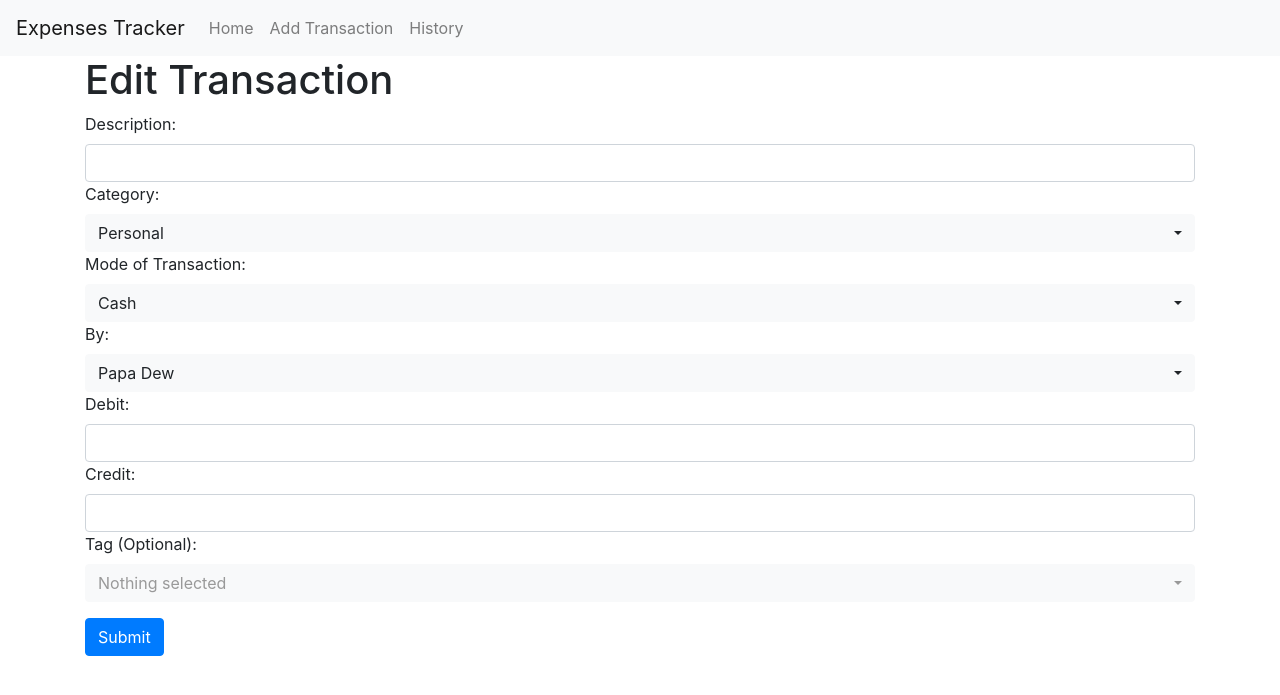
Repository: yucheng91/CI3-expenses-manager
Page: http://localhost/view-all/edit/1
The author's editor kept a record of every edit. The page is drawn from the files as they stood at one moment, then again after the next edit.
The browser window is 1280 px wide. The pictures show the whole page.
The page is served by the project's application, run on Flask 3 (app.py). The database holds what the project's SQL file puts in it.

Above is the page before.

After the next edit:
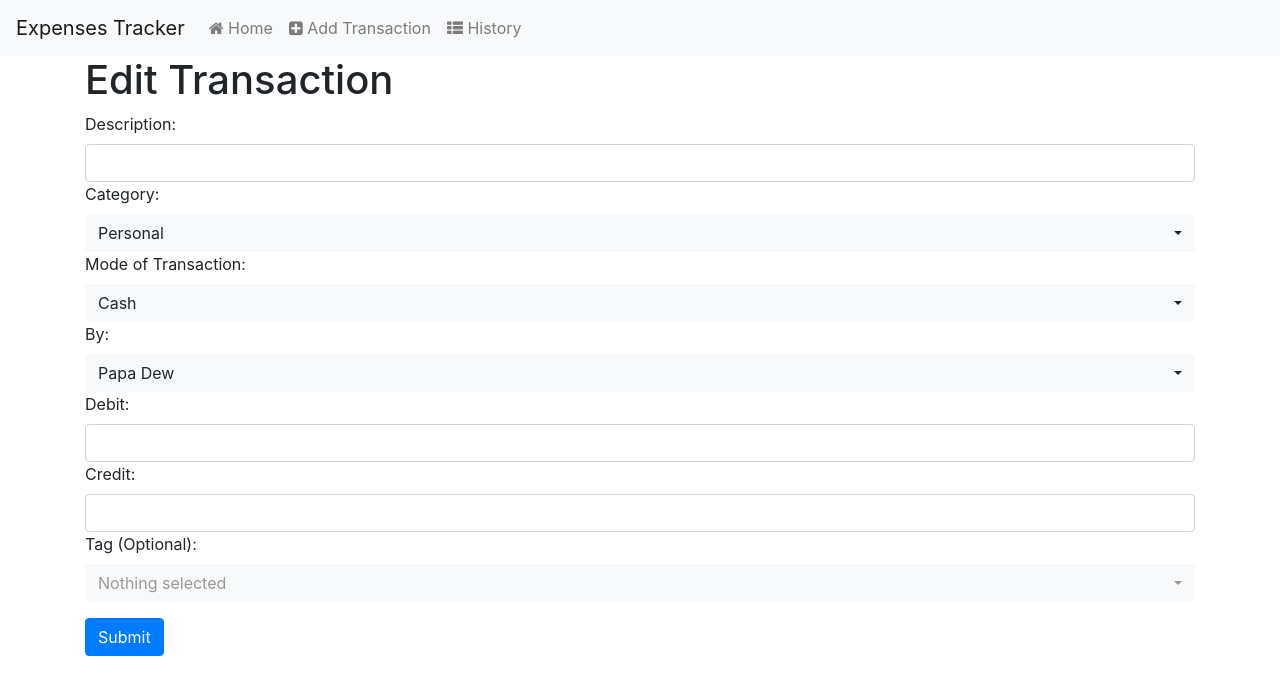
The edit:
--- a/templates/edit_transaction.html
+++ b/templates/edit_transaction.html
@@ -9,6 +9,7 @@
   <!-- Bootstrap CSS -->
   <link rel="stylesheet" href="https://stackpath.bootstrapcdn.com/bootstrap/4.3.1/css/bootstrap.min.css" integrity="sha384-ggOyR0iXCbMQv3Xipma34MD+dH/1fQ784/j6cY/iJTQUOhcWr7x9JvoRxT2MZw1T" crossorigin="anonymous">
   <!-- Latest compiled and minified CSS -->
+  <link rel="stylesheet" href="https://cdnjs.cloudflare.com/ajax/libs/font-awesome/4.7.0/css/font-awesome.css">
   <link rel="stylesheet" href="https://cdn.jsdelivr.net/npm/bootstrap-select@1.13.10/dist/css/bootstrap-select.min.css">
   <link rel="stylesheet" href="{{ url_for('static', filename='css/style.css') }}">
 
